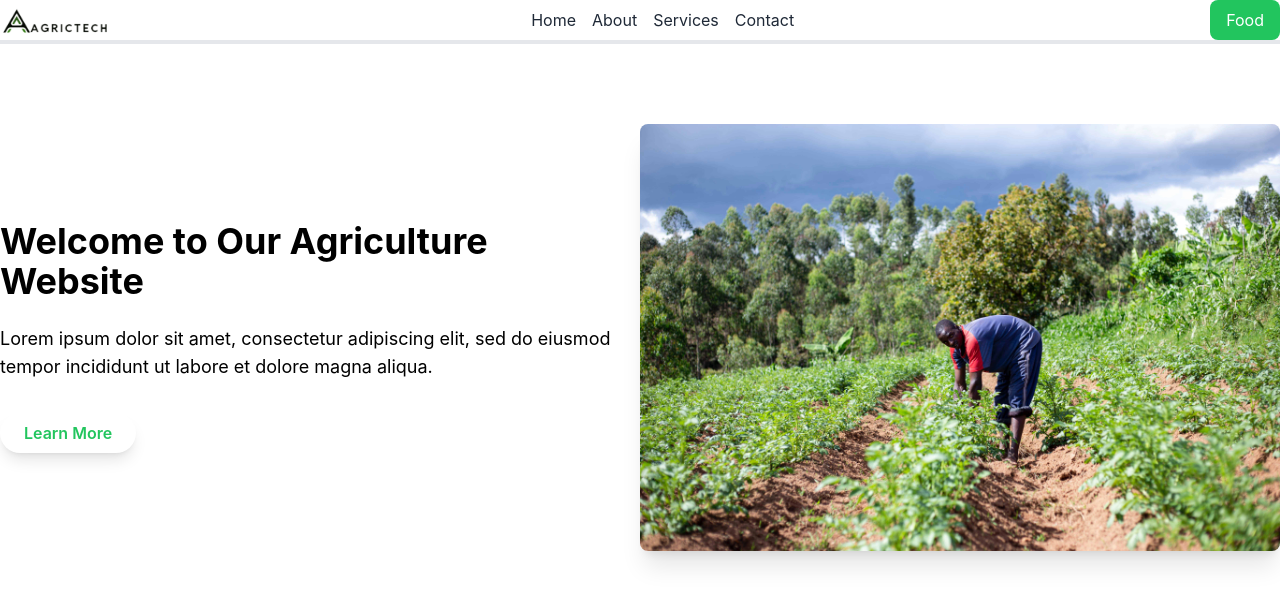
Repository: akinolapo/agric-tech
Page: /
These files come from the project's save history. The page is drawn as it stood at one moment and after the next save; the edit follows.
The browser window is 1280 px wide. The pictures show the whole page.
The project was rebuilt for these pictures with package versions that can differ from the ones it lists, and the page was loaded fresh each time.

Above is the page before, as saved 2023-05-27 00:08:01.

### src/App.js
import React from 'react'
import Header from './components/Header'
import Hero from './components/Hero'

const App = () => {
  return (
    <div>
      <Header/>
      <Hero/>
    </div>
  )
}

export default App

### src/components/Header.jsx
import React, { useState } from 'react';

const Header = () => {
  const [isMenuOpen, setIsMenuOpen] = useState(false);

  const toggleMenu = () => {
    setIsMenuOpen(!isMenuOpen);
  };

  const closeMenu = () => {
    setIsMenuOpen(false);
  };

  return (
    <header className="bg-white border-b-4">
      <div className="container mx-auto flex justify-between items-center">
        <div className="flex items-center">
          <img
            src={process.env.PUBLIC_URL+`media/logo.png`}
            alt="Logo"
            className="h-8 w-auto"
          />
        </div>
        <div className="hidden md:flex space-x-4">
          <a href="#" className="text-gray-800 hover:text-gray-600">Home</a>
          <a href="#" className="text-gray-800 hover:text-gray-600">About</a>
          <a href="#" className="text-gray-800 hover:text-gray-600">Services</a>
          <a href="#" className="text-gray-800 hover:text-gray-600">Contact</a>
        </div>
        <div className="md:hidden">
          <button
            type="button"
            className="flex items-center p-2 rounded-md text-gray-800 hover:text-gray-600 focus:outline-none"
            onClick={toggleMenu}
          >
            <svg
              xmlns="http://www.w3.org/2000/svg"
              className="h-6 w-6"
              fill="none"
              viewBox="0 0 24 24"
              stroke="currentColor"
            >
              <path
                strokeLinecap="round"
                strokeLinejoin="round"
                strokeWidth="2"
                d="M4 6h16M4 12h16M4 18h16"
              />
            </svg>
          </button>

        </div>
        <div className="hidden md:block">
          <button
            type="button"
            className="bg-green-500 text-white rounded-lg py-2 px-4"
          >
            Food
          </button>
        </div>
      </div>
      <div>
          {isMenuOpen && (
            <div className="mt-2 w-full">
              <ul className="bg-white border rounded-md divide-y divide-gray-200 shadow-md">
                <li className="py-2 px-4">
                  <a href="#" className="text-gray-800 hover:text-gray-600">Home</a>
                </li>
                <li className="py-2 px-4">
                  <a href="#" className="text-gray-800 hover:text-gray-600">About</a>
                </li>
                <li className="py-2 px-4">
                  <a href="#" className="text-gray-800 hover:text-gray-600">Services</a>
                </li>
                <li className="py-2 px-4">
                  <a href="#" className="text-gray-800 hover:text-gray-600">Contact</a>
                </li>
                <li className="py-2 px-4">
                  <button
                    type="button"
                    className="bg-green-500 text-white rounded-lg py-2 px-4 w-full"
                  >
                    Food
                  </button>
                </li>
              </ul>
              <div className="absolute top-0 right-0 p-2">
              </div>
            </div>
          )}
          </div>
    </header>
  );
};

export default Header;

### src/components/Hero.jsx
import React from 'react';

const Hero = () => {
  return (
    <section className="bg-white text-black py-20">
      <div className="container mx-auto flex flex-col lg:flex-row items-center">
        <div className="lg:w-1/2">
          <h1 className="text-4xl font-bold mb-6">Welcome to Our Agriculture Website</h1>
          <p className="text-lg mb-8">Lorem ipsum dolor sit amet, consectetur adipiscing elit, sed do eiusmod tempor incididunt ut labore et dolore magna aliqua.</p>
          <button className="bg-white text-green-500 py-2 px-6 rounded-full font-semibold shadow-lg hover:shadow-xl transition duration-300">Learn More</button>
        </div>
        <div className="lg:w-1/2">
          <img src={process.env.PUBLIC_URL+`media/hero.jpg`}alt="Agriculture" className="rounded-lg shadow-xl" />
        </div>
      </div>
    </section>
  );
};

export default Hero;

Loaded but not shown: public/index.html (common file); src/index.js (common file); src/index.css (common file); tailwind.config.js (common file)

After the next save:
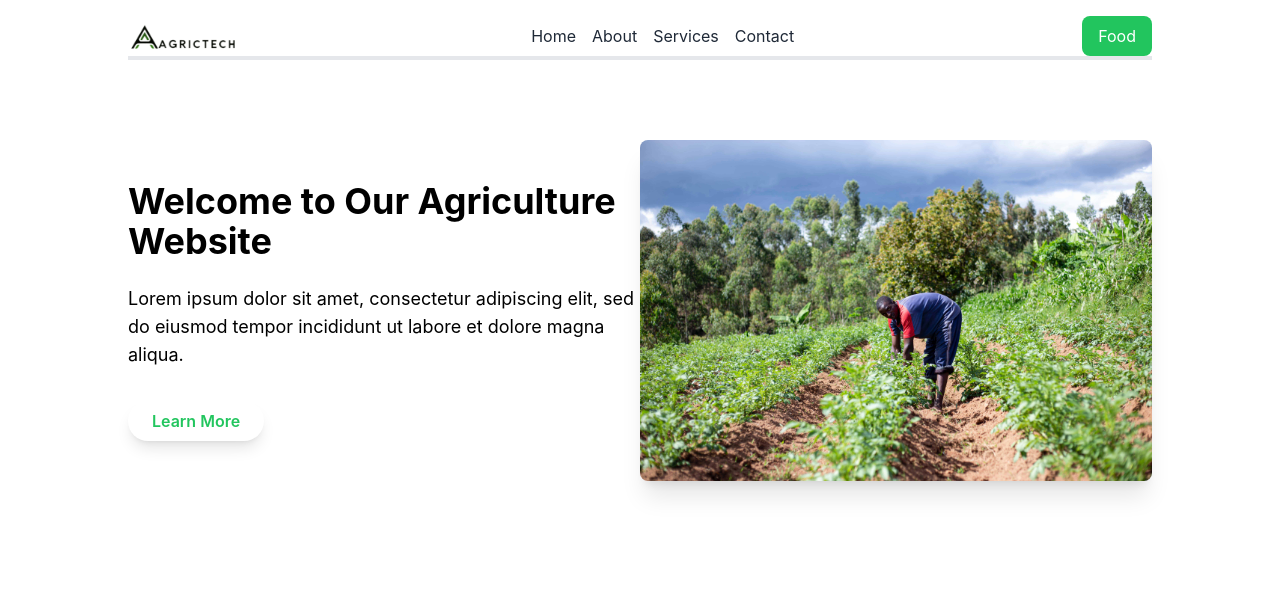
Saved 10 s later.
--- a/src/App.js
+++ b/src/App.js
@@ -4,7 +4,7 @@
 
 const App = () => {
   return (
-    <div>
+    <div className='py-4 px-5 sm:px-32'>
       <Header/>
       <Hero/>
     </div>

After the save that followed:
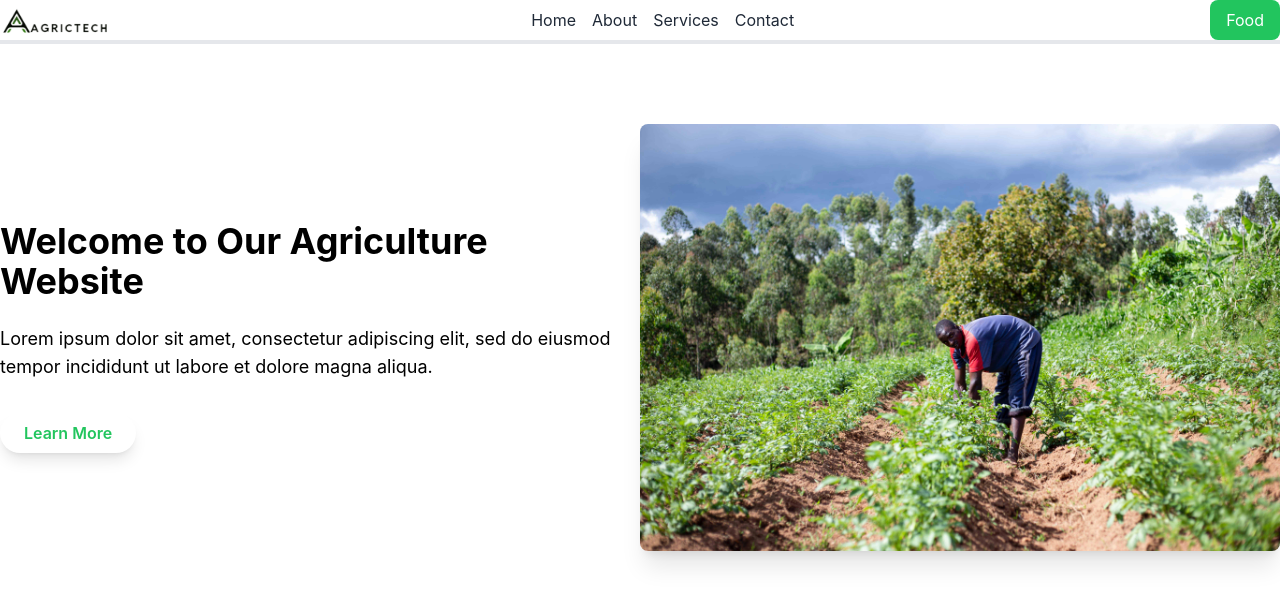
Saved 28 s later.
--- a/src/App.js
+++ b/src/App.js
@@ -4,7 +4,7 @@
 
 const App = () => {
   return (
-    <div className='py-4 px-5 sm:px-32'>
+    <div className=''>
       <Header/>
       <Hero/>
     </div>
